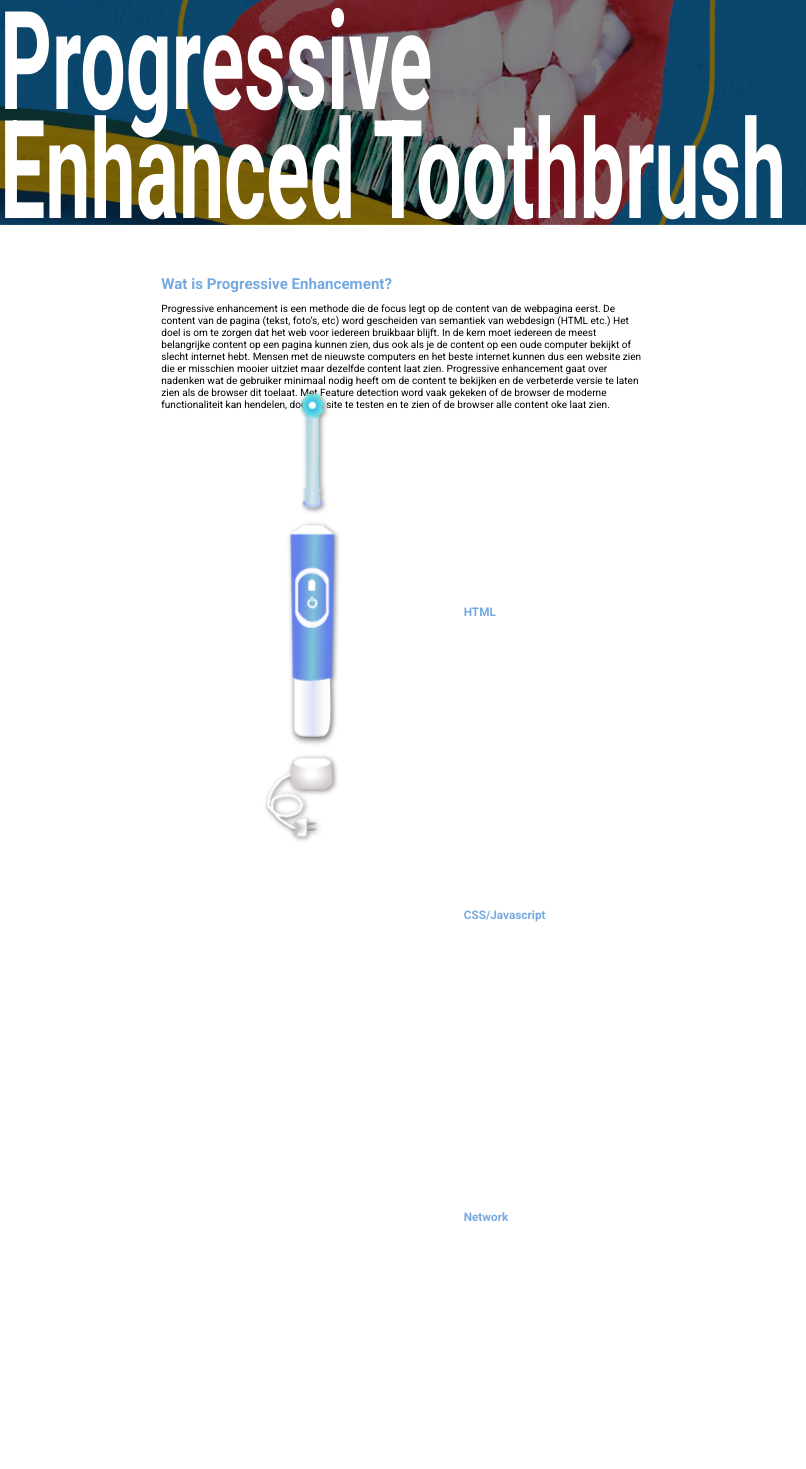
Repository: norakramer1/browser-technologies-2122
Page: progressive-enhanced-toothbrush-main/index.html
These files come from the project's save history. The page is drawn as it stood at one moment and after the next save; the edit follows.
The browser window is 1280 px wide. The pictures show the whole page, at 63% of full size.
The pointer rests on the first visible `article:nth-child(2) ul:first-child`.

Above is the page before, as saved 2022-03-23 13:51:33.

### progressive-enhanced-toothbrush-main/index.html
<!DOCTYPE html>
<html lang="en">
<head>
    <meta charset="UTF-8">
    <meta http-equiv="X-UA-Compatible" content="IE=edge">
    <meta name="viewport" content="width=device-width, initial-scale=1.0">
    <title>Progressive Enhanced Toothbrush</title>
    <link rel="stylesheet" href="style.css">
    <link href="https://fonts.googleapis.com/css2?family=Roboto:ital,wght@0,100;0,300;0,400;0,500;0,700;0,900;1,100;1,300;1,400;1,500;1,700;1,900&display=swap" rel="stylesheet">
</head>
<body>
    <header>
        <h1>Progressive Enhanced Toothbrush</h1>
    </header>
    <main>
        <article>
            <h2>Wat is Progressive Enhancement?</h2>
            <p>Progressive enhancement is een methode die de focus legt
               op de content van de webpagina eerst. De content van de pagina (tekst, foto’s, etc)
               word gescheiden van semantiek van webdesign (HTML etc.) Het doel is om te zorgen dat het web voor iedereen bruikbaar blijft. In de kern moet iedereen de meest belangrijke
               content op een pagina kunnen zien, dus ook als je de content op een oude computer bekijkt of slecht internet hebt. Mensen met de nieuwste computers en het beste internet
               kunnen dus een website zien die er misschien mooier uitziet maar dezelfde content laat zien. Progressive enhancement gaat over nadenken wat de gebruiker minimaal nodig heeft
               om de content te bekijken en de verbeterde versie te laten zien als de browser dit toelaat.

               Met Feature detection word vaak gekeken of de browser de moderne functionaliteit kan hendelen, door de site te testen en te zien of de browser alle content oke laat zien.</p>
        </article>
        <article>
            <ul>
                <li><img src="img/opzetstukje.png" alt="Opzet stukje van tandenborstel"></li>
                <li><img src="img/handvat.png" alt="Handvat van tandenborstel"></li>
                <li><img src="img/lader.png" alt="Lader van tandenborstel"></li>
            </ul>
            <ul>
                <li>
                    <h3>HTML</h3>
                </li>
                <li>
                    <h3>CSS/Javascript</h3>
                </li>
                <li>
                    <h3>Network</h3>
                </li>
            </ul>
        </article>
    </main>

    <script src="script.js"></script>
</body>
</html>

### progressive-enhanced-toothbrush-main/style.css
* {
    padding: 0;
    margin: 0;
    font-family: "Roboto", sans-serif;
}

header {
    background-image: linear-gradient(to bottom, rgba(0,0,0, .5), rgba(0,0,0, .5)),
    url('img/header.webp');
    background-size: cover;
    background-position: center;
    background-repeat: no-repeat;
    width: 100vw;
}

h1 {
    color: white;
    font-size: 10vw;
    transform: scaleY(1.7);
    line-height: .8;
    padding: 5rem 0 4.5rem 0;
}

main {
    padding: 5rem 20vw;
}

h2 {
    color: #75A9E1;
    margin-bottom: 1rem;
}

article {
    margin-bottom: 5rem;
}

article:nth-child(2) {
    display: flex;
    align-items: stretch;
}

article:nth-child(2) ul:first-child {
    list-style-type: none;
    display: flex;
    flex-direction: column;
    align-items: center;
    filter: drop-shadow(2px 2px 4px gray);
    margin: 0 15vw;
    transition: 1s;
}

article:nth-child(2) ul:first-child:hover {
    transform: scale(1.1);
    height: 150vh;
    padding-bottom: 50vh;
}

article:nth-child(2) ul:last-child {
    display: flex;
    flex-direction: column;
    justify-content: space-around;
    list-style-type: none;
    transition: 1s;
}

article:nth-child(2) ul:first-child li:first-of-type {
    transition: 1s;
    width: 2rem;
    z-index: 2;
}
article:nth-child(2) ul:first-child li:nth-of-type(2) {
    transition: 1s;
    transform: translateY(-.7rem);
    width: 4.5rem;
    z-index: 1;
}
article:nth-child(2) ul:first-child li:last-of-type {
    transition: 1s;
    transform: translate(-1.2rem, -2.5rem);
    width: 6rem;
}

article:nth-child(2) ul:first-child:hover li:first-of-type {
    transform: translateY(-2rem);
}

article:nth-child(2) ul:first-child:hover li:last-of-type {
    transform: translate(-1.2rem, 0);
}

article:nth-child(2) h3 {
    color: #75A9E1;
}

article:nth-child(2) ul:first-child:hover ul {
    font-size: 36px;
}

article:nth-child(2) img {
    width: 100%;
}

Loaded but not shown: progressive-enhanced-toothbrush-main/script.js (no stored copy; drawn as an empty file)

After the next save:
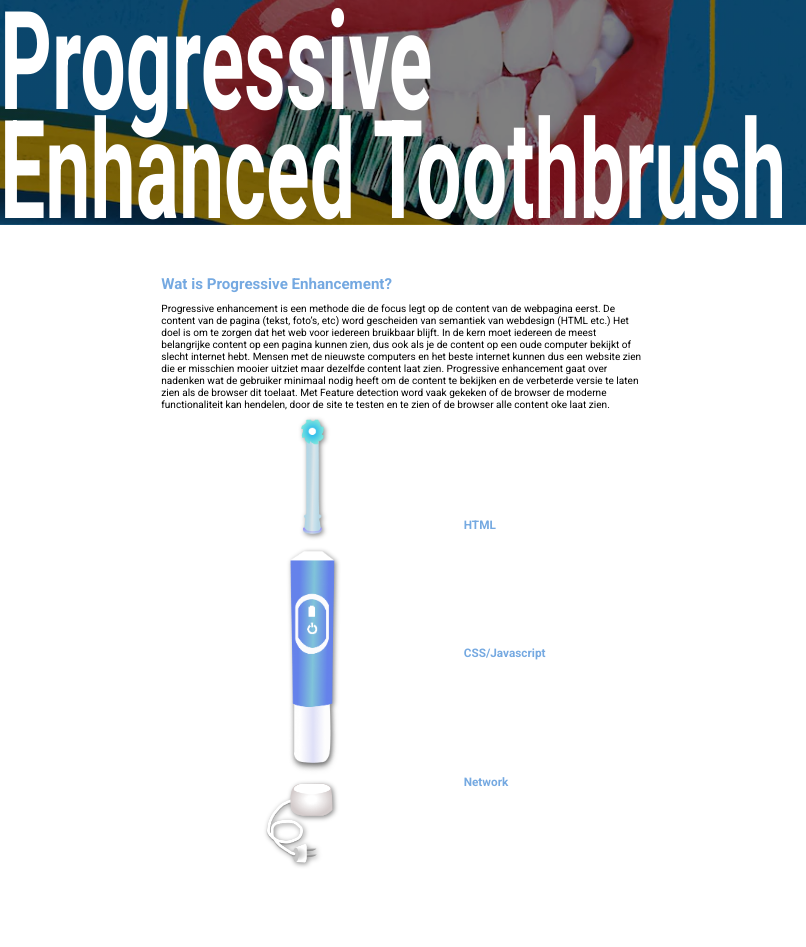
Saved 10 s later.
--- a/progressive-enhanced-toothbrush-main/style.css
+++ b/progressive-enhanced-toothbrush-main/style.css
@@ -51,8 +51,6 @@ article:nth-child(2) ul:first-child {
 
 article:nth-child(2) ul:first-child:hover {
     transform: scale(1.1);
-    height: 150vh;
-    padding-bottom: 50vh;
 }
 
 article:nth-child(2) ul:last-child {
